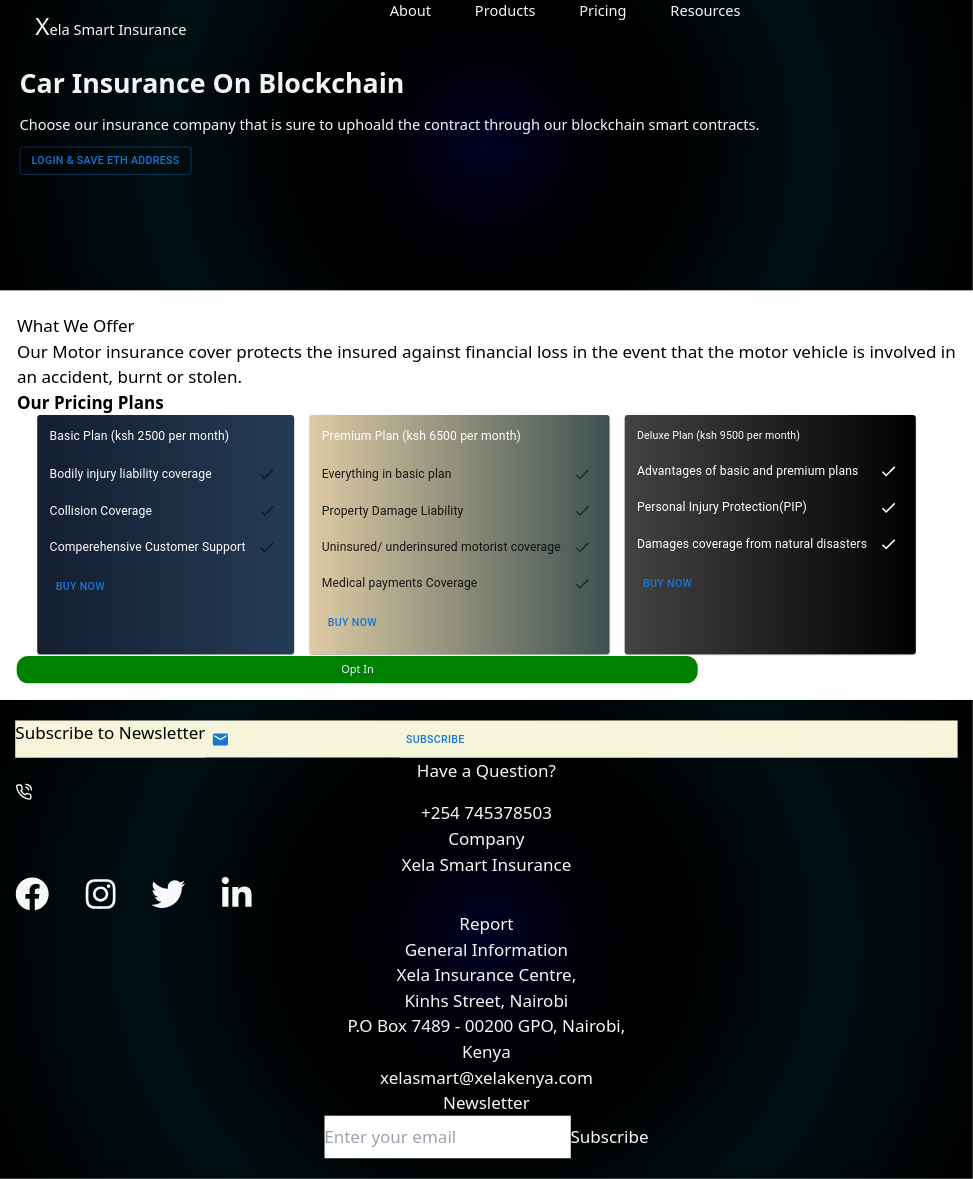
Repository: ALVIN-OBONYO/Xela-smart_insuarance
Page: / (app in frontend/)
The author's editor kept a copy of each file at every save. The page is drawn from the files as they stood at one save, then again after the next save.
The browser window is 1280 px wide. The pictures show the whole page, at 76% of full size.
The project was rebuilt for these pictures with package versions that can differ from the ones it lists, and the page was loaded fresh each time. Also part of the build but not shown: frontend/src/Pages/Policies.jsx, frontend/src/Components/Calendar.css, frontend/src/Components/Calendar.jsx, frontend/src/Components/Input.js, frontend/src/Components/Upload.css, frontend/src/Components/Upload.js, frontend/src/Pages/ReportForm.jsx, frontend/src/Pages/Report.jsx and 2 more.

Above is the page before, as saved 2022-10-04 08:07:31.

After the next save:
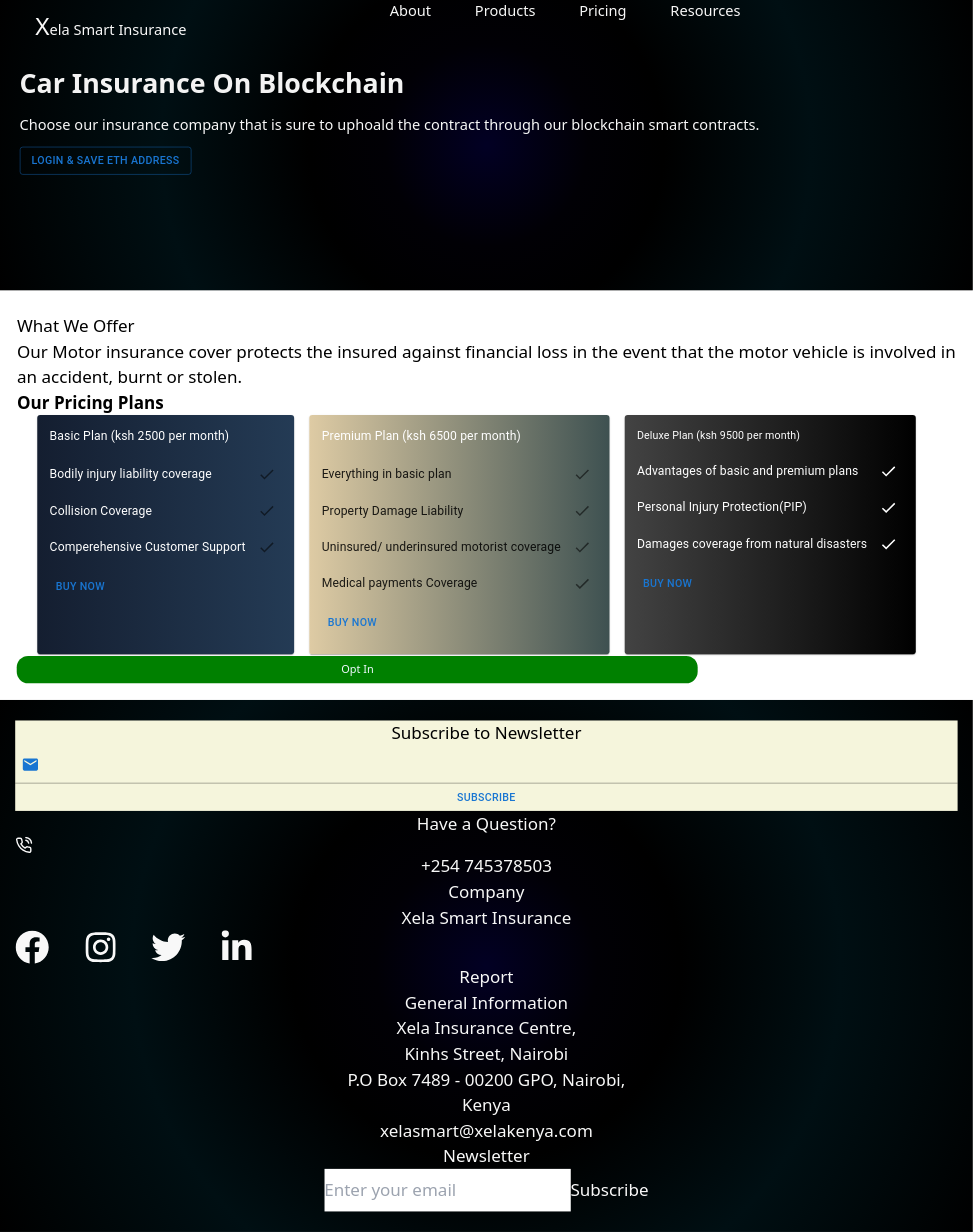
Saved 73 s later.
--- a/frontend/src/Components/Navbar.css
+++ b/frontend/src/Components/Navbar.css
@@ -110,6 +110,9 @@
     display: flex;
     background-color: beige;
     color: rgb(0, 0, 0);
+    flex-direction: column;
+    flex-wrap: wrap;
+
 }
 .navflex {
     display: flex;

After the save that followed:
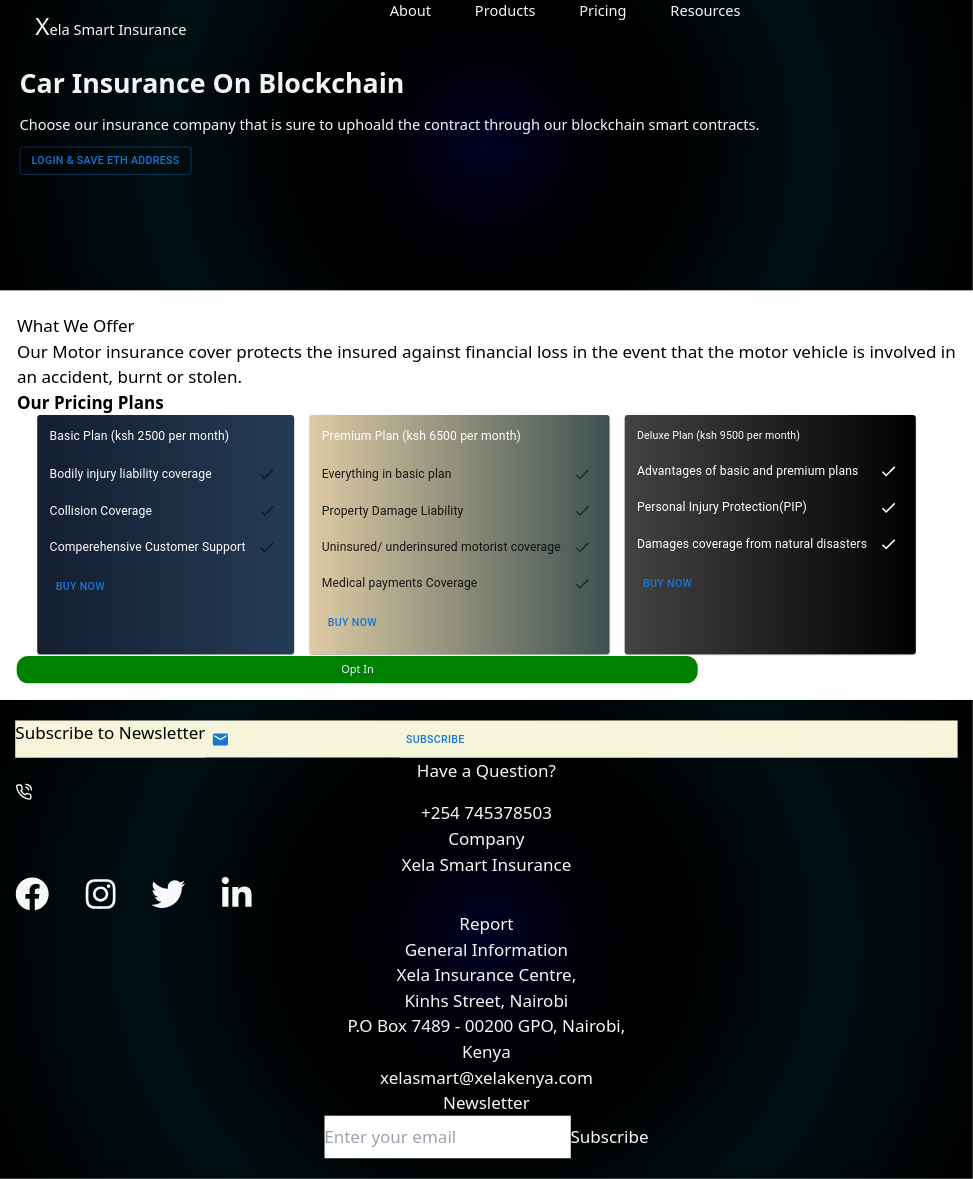
Saved 70 s later.
--- a/frontend/src/Components/Navbar.css
+++ b/frontend/src/Components/Navbar.css
@@ -110,7 +110,7 @@
     display: flex;
     background-color: beige;
     color: rgb(0, 0, 0);
-    flex-direction: column;
+    flex-direction: row;
     flex-wrap: wrap;
 
 }
